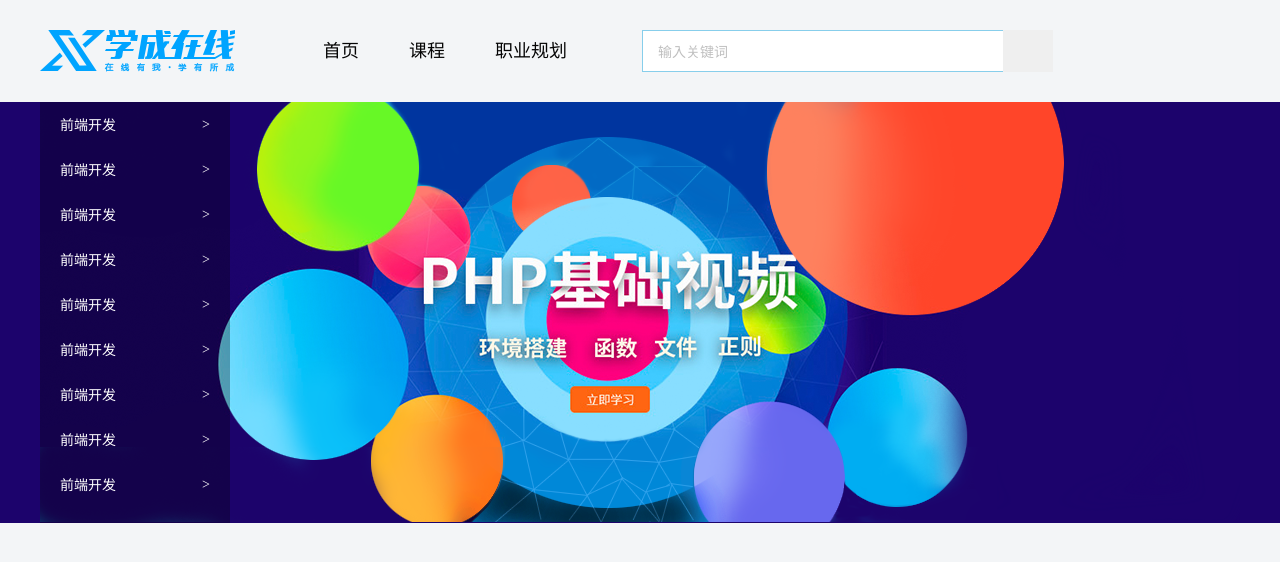
Repository: R1Deemo/Web-Project
Page: index..html
The author's editor kept a copy of each file at every save. The page is drawn from the files as they stood at one save, then again after the next save.
The browser window is 1280 px wide. The pictures show the whole page.
The pointer rests on the first visible `.subnav ul li a`.

Above is the page before, as saved 2022-03-09 17:01:33.

### index..html
<!DOCTYPE html>
<html lang="en">

<head>
    <meta charset="UTF-8">
    <meta http-equiv="X-UA-Compatible" content="IE=edge">
    <meta name="viewport" content="width=device-width, initial-scale=1.0">
    <title>测试页面</title>
    <link rel="stylesheet" href="style.css">
</head>

<body>
    <!--头部模块 -->
    <div class="header w">
        <div class="logo">
            <img src="images/学成在线.png" alt="">
        </div>
        <!-- 实际开发中要用li+a的做法做导航栏 -->
        <div class="nav">
            <ul>
                <li>
                    <a href="#">首页</a>
                </li>
                <li>
                    <a href="#">课程</a>
                </li>
                <li>
                    <a href="#">职业规划</a>
                </li>

            </ul>
        </div>
        <!-- 搜索模块 -->
        <div class="search">
            <input type="text" value="输入关键词">
            <button></button>

        </div>

    </div>
    <!-- 头部区域结束 -->
    <!-- banner部分开始 -->
    <div class="banner">
        <div class="w">
            <div class="subnav">
                <ul>
                    <li><a href="#">前端开发<span>&gt</span></a></li>
                    <li><a href="#">前端开发<span>&gt</span></a></li>
                    <li><a href="#">前端开发<span>&gt</span></a></li>
                    <li><a href="#">前端开发<span>&gt</span></a></li>
                    <li><a href="#">前端开发<span>&gt</span></a></li>
                    <li><a href="#">前端开发<span>&gt</span></a></li>
                    <li><a href="#">前端开发<span>&gt</span></a></li>
                    <li><a href="#">前端开发<span>&gt</span></a></li>
                    <li><a href="#">前端开发<span>&gt</span></a></li>

                </ul>

            </div>

        </div>
    </div>

</body>

</html>

### style.css
* {
    margin: 0;
    padding: 0;
}

.w {
    width: 1200px;
    margin: 0 auto;
}

body {
    background-color: #f3f5f7;
}

li {
    list-style: none;
}

a {
    text-decoration: none;
}

.header {
    height: 42px;
    /* background-color: pink; */
    margin: 30px auto;
}

.logo {
    float: left;
    width: 198px;
    height: 42px;
}

.nav {
    float: left;
    margin-left: 60px;
}

.nav ul li {
    float: left;
    margin: 0 15px;
}

.nav ul li a {
    display: block;
    height: 42px;
    padding: 0 10px;
    line-height: 42px;
    font-size: 18px;
    color: #050505;
}

.nav ul li a:hover {
    border-bottom: 2px solid #00a4ff;
}

.search {
    float: left;
    width: 412px;
    height: 42px;
    margin-left: 50px;
}

.search input {
    float: left;
    width: 345px;
    height: 40px;
    border: 1px solid skyblue;
    border-right: 0;
    color: #bfbfbf;
    font-size: 14px;
    padding-left: 15px;
}

.search button {
    float: left;
    width: 50px;
    height: 42px;
    border: 0;
    /* background: url(images/搜索.png); */
}

.banner {
    background-color: #1c036c;
    height: 421px;
}

.banner .w {
    background: url(images/banner2.png) no-repeat top center;
    height: 421px;
}

.subnav {
    width: 190px;
    height: 421px;
    background-color: rgba(0, 0, 0, .3);
}

.subnav ul li {
    height: 45px;
    line-height: 45px;
    padding: 0 20px;
}

.subnav ul li a {
    font-size: 14px;
    color: #fff;
}

.subnav ul li a span {
    float: right;
}

After the next save:
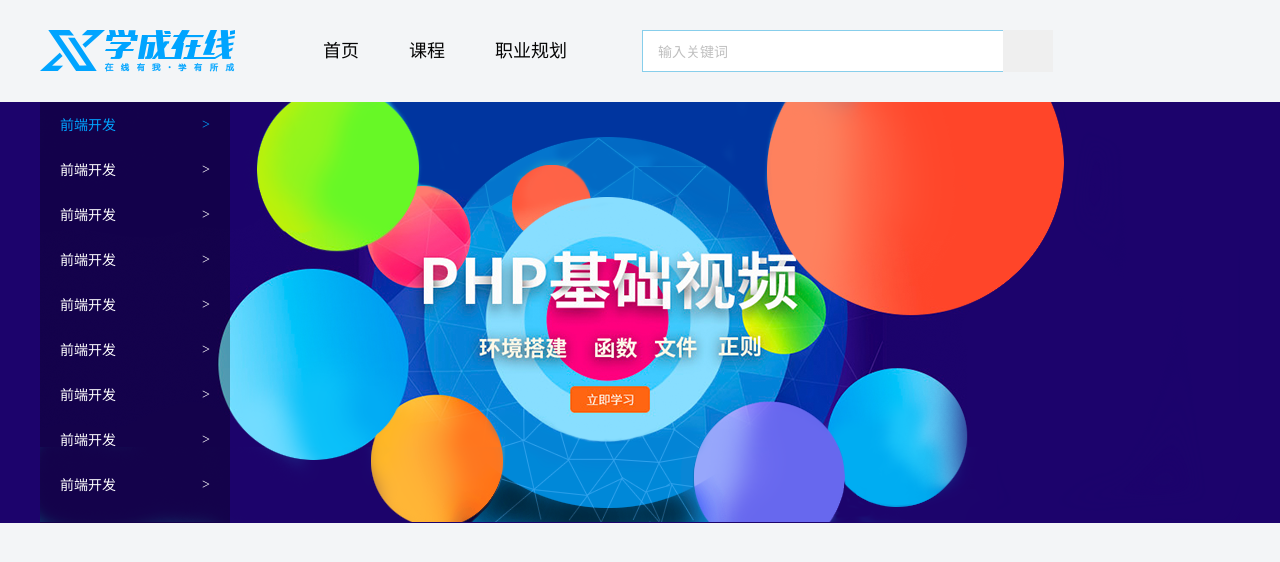
Saved 58 s later.
--- a/style.css
+++ b/style.css
@@ -111,3 +111,7 @@
 .subnav ul li a span {
     float: right;
 }
+
+.subnav ul li a:hover {
+    color: #00a4ff;
+}
